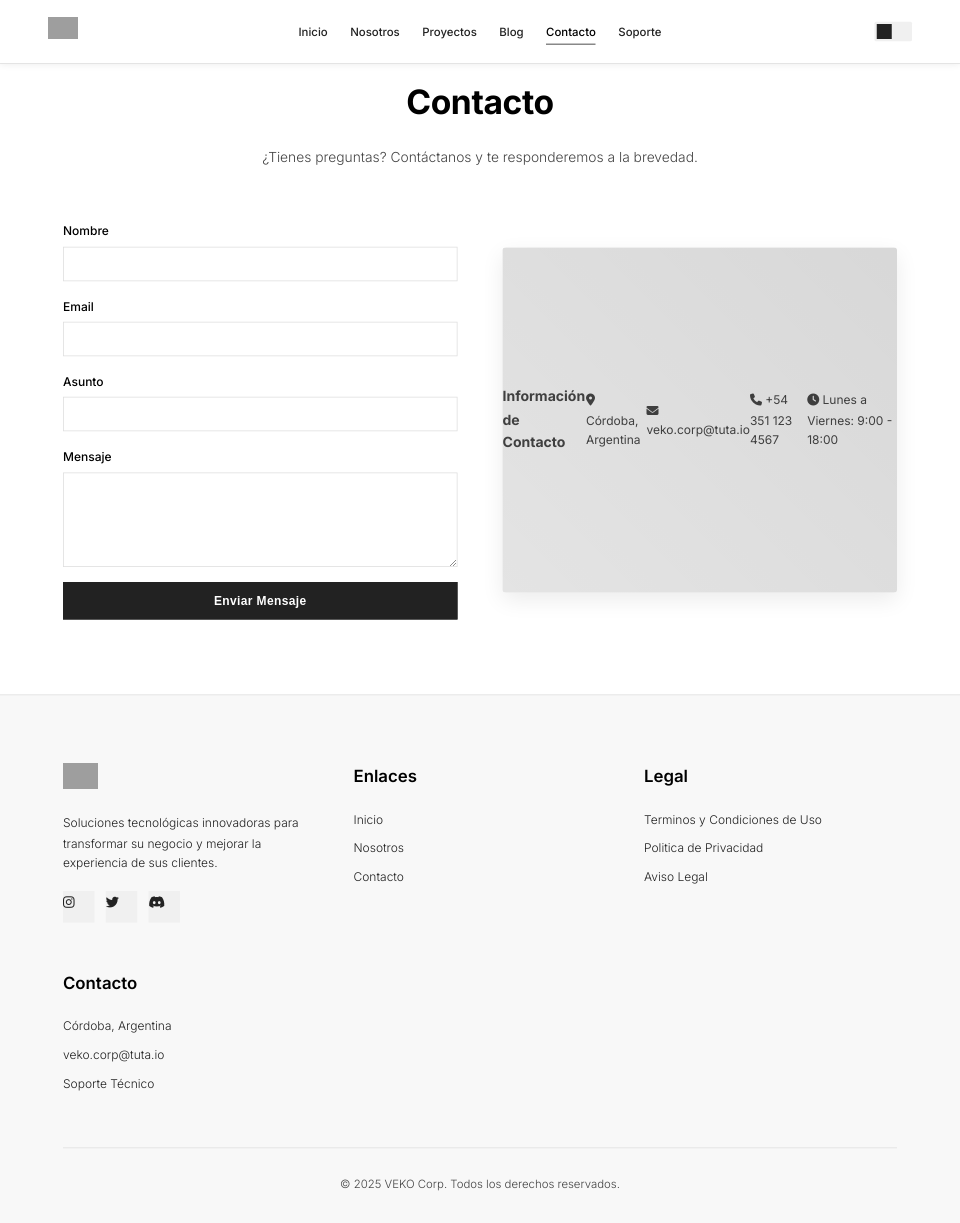
Repository: VEKO-Corp/veko-web
Page: contacto.html
An editor plug-in stored every save of this project. The page is shown before and after the next save, followed by the edit.
The browser window is 1280 px wide. The pictures show the whole page, at 75% of full size.
Pictures or frames that could not be fetched are drawn as grey boxes.

Above is the page before, as saved 2025-08-11 21:40:43.

After the next save:
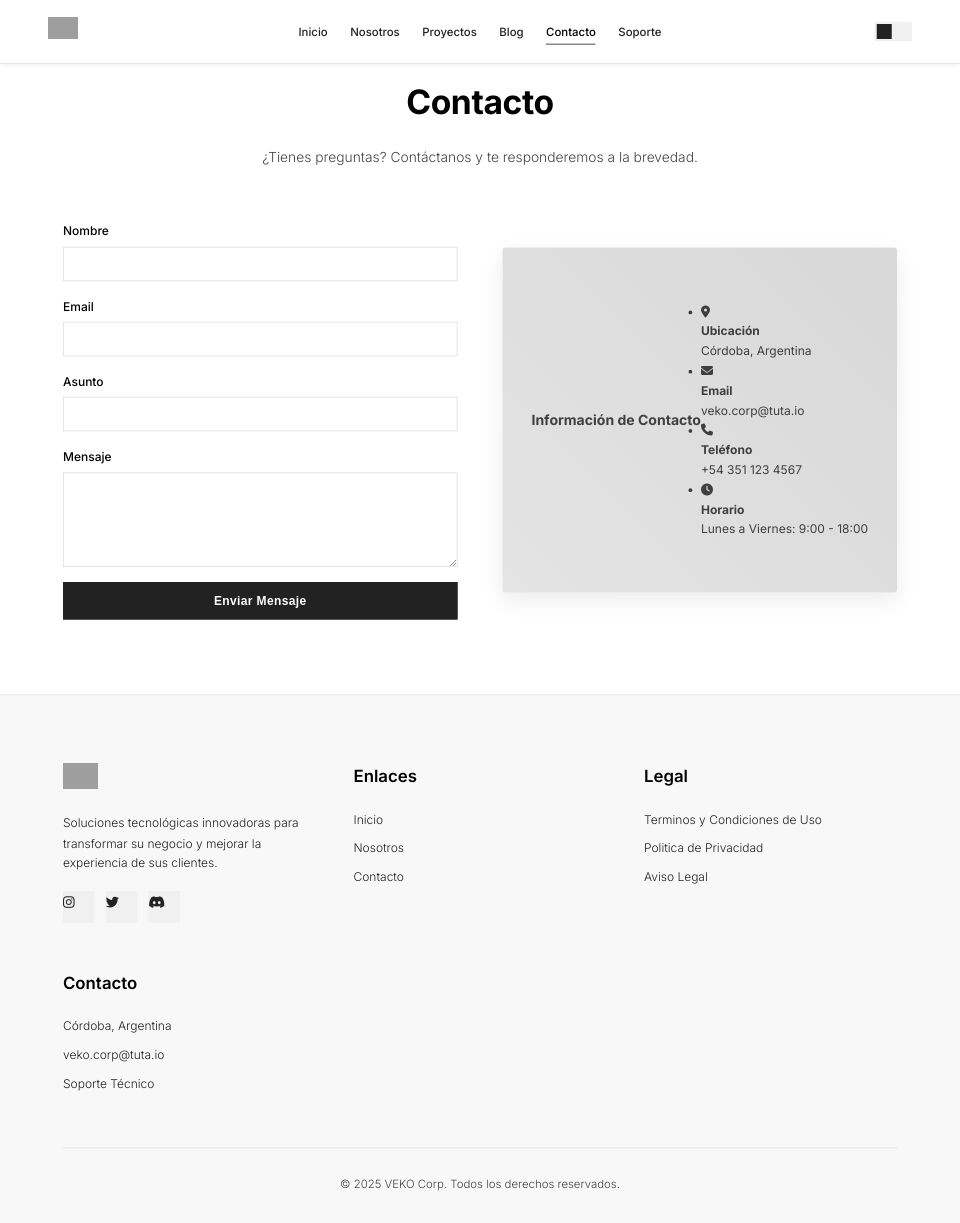
Saved 3 min 30 s later.
--- a/contacto.html
+++ b/contacto.html
@@ -62,10 +62,44 @@
                 </div>
                 <div class="about-image fade-in delay-1">
                     <h3>Información de Contacto</h3>
-                    <p><i class="fas fa-map-marker-alt"></i> Córdoba, Argentina</p>
-                    <p><i class="fas fa-envelope"></i> veko.corp@tuta.io</p>
-                    <p><i class="fas fa-phone"></i> +54 351 123 4567</p>
-                    <p><i class="fas fa-clock"></i> Lunes a Viernes: 9:00 - 18:00</p>
+                    <ul class="contact-info-list">
+                        <li>
+                            <div class="contact-icon">
+                                <i class="fas fa-map-marker-alt"></i>
+                            </div>
+                            <div class="contact-detail">
+                                <strong>Ubicación</strong>
+                                <p>Córdoba, Argentina</p>
+                            </div>
+                        </li>
+                        <li>
+                            <div class="contact-icon">
+                                <i class="fas fa-envelope"></i>
+                            </div>
+                            <div class="contact-detail">
+                                <strong>Email</strong>
+                                <p>veko.corp@tuta.io</p>
+                            </div>
+                        </li>
+                        <li>
+                            <div class="contact-icon">
+                                <i class="fas fa-phone"></i>
+                            </div>
+                            <div class="contact-detail">
+                                <strong>Teléfono</strong>
+                                <p>+54 351 123 4567</p>
+                            </div>
+                        </li>
+                        <li>
+                            <div class="contact-icon">
+                                <i class="fas fa-clock"></i>
+                            </div>
+                            <div class="contact-detail">
+                                <strong>Horario</strong>
+                                <p>Lunes a Viernes: 9:00 - 18:00</p>
+                            </div>
+                        </li>
+                    </ul>
                 </div>
             </div>
         </div>
